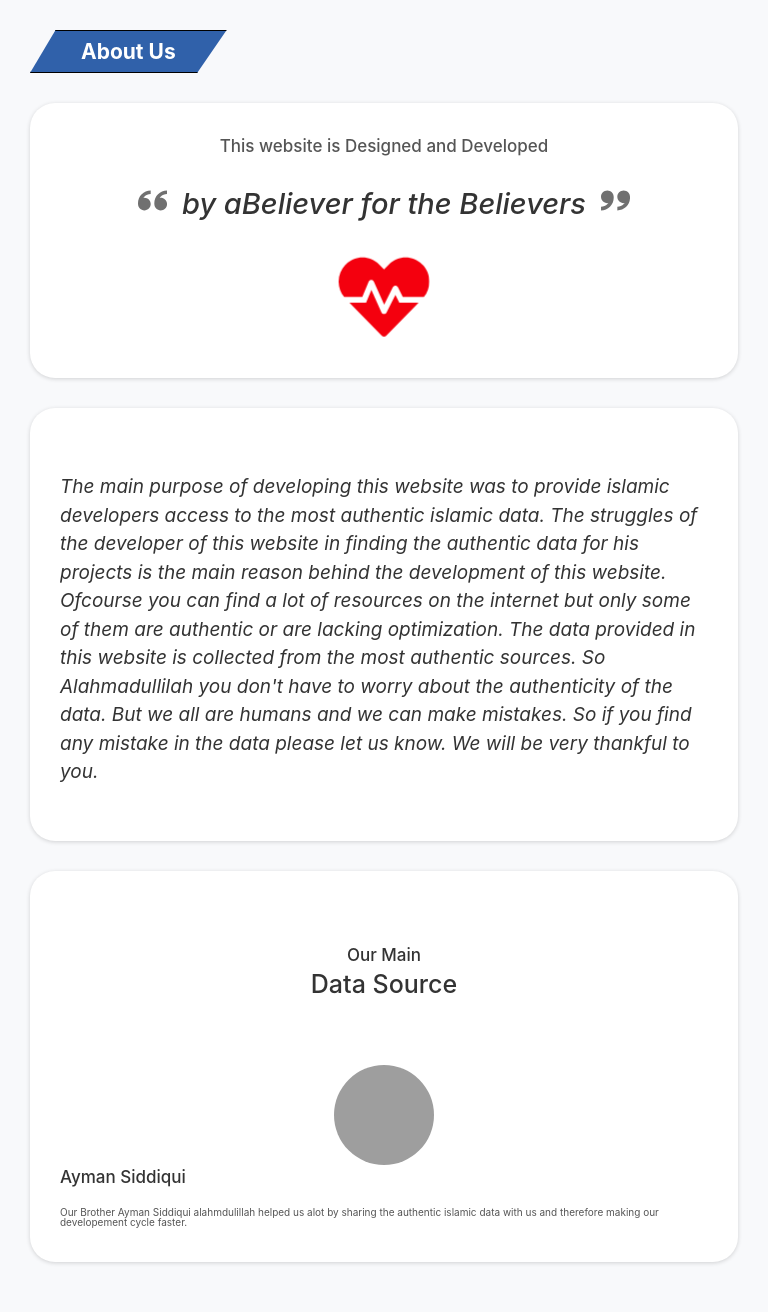
Repository: SpicierEwe/islamic-dev-repo
Page: /legal/about_us
An editor plug-in stored every save of this project. The page is shown before and after the next save, followed by the edit.
The browser window is 768 px wide. The pictures show the whole page.
Pictures or frames that could not be fetched are drawn as grey boxes. The project was rebuilt for these pictures with package versions that can differ from the ones it lists, and the page was loaded fresh each time. The framework's server and built-in components were replaced by stand-ins that run in the browser. Also part of the build but not shown: next.config.js.

Above is the page before, as saved 2022-09-16 20:19:41.

### pages/_app.js
import "../styles/globals.css";
import { DataContextProvider } from "../store/data_context";

function MyApp({ Component, pageProps }) {
  return (
    <DataContextProvider>
      <Component {...pageProps} />
    </DataContextProvider>
  );
}

export default MyApp;

### pages/legal/about_us.js
import AboutUs from "../../components/legal/about_us/about_us";

export default function Legal() {
  return (
    <div>
      <AboutUs></AboutUs>
    </div>
  );
}

### styles/globals.css
html,
body,
div,
span,
applet,
object,
iframe,
h1,
h2,
h3,
h4,
h5,
h6,
p,
blockquote,
pre,
a,
abbr,
acronym,
address,
big,
cite,
code,
del,
dfn,
em,
img,
ins,
kbd,
q,
s,
samp,
small,
strike,
strong,
sub,
sup,
tt,
var,
b,
u,
i,
center,
dl,
dt,
dd,
ol,
ul,
li,
fieldset,
form,
label,
legend,
table,
caption,
tbody,
tfoot,
thead,
tr,
th,
td,
article,
aside,
canvas,
details,
embed,
figure,
figcaption,
footer,
header,
hgroup,
menu,
nav,
output,
ruby,
section,
summary,
time,
mark,
audio,
video {
  margin: 0;
  padding: 0;
  border: 0;
  vertical-align: baseline;
}
/* HTML5 display-role reset for older browsers */
article,
aside,
details,
figcaption,
figure,
footer,
header,
hgroup,
menu,
nav,
section {
  display: block;
}
body {
  line-height: 1;
}
ol,
ul {
  list-style: none;
}
blockquote,
q {
  quotes: none;
}
blockquote:before,
blockquote:after,
q:before,
q:after {
  content: "";
  content: none;
}
table {
  border-collapse: collapse;
  border-spacing: 0;
}

/*

 ////////////////////////////////////////////////////////////////////////////from here are the styles
 //////////////////////////////////////////////////////////////////////////

*/

:root {
  --complementary-blue: #0077b6;
  --heading_black: #080808;
}

html {
  font-size: 62.5%;
}

html,
body {
  padding: 0;
  margin: 0;
  /* font-family: "Roboto", "Open Sans", sans-serif, -apple-system,
    BlinkMacSystemFont, Segoe UI, Roboto, Oxygen, Ubuntu, Cantarell, Fira Sans,
    Droid Sans, Helvetica Neue, sans-serif; */

  font-family: -apple-system, BlinkMacSystemFont, Segoe UI, Roboto, Oxygen,
    Ubuntu, Cantarell, Fira Sans, Droid Sans, Helvetica Neue, sans-serif;
  font-weight: 400;
  line-height: 1;
  color: #555;
  box-sizing: border-box;

  background-color: #f8f9fb;

  /* will make the website unselectable/copyable */
  /* -webkit-touch-callout: none;
  -webkit-user-select: none;
  -khtml-user-select: none;
  -moz-user-select: none;
  -ms-user-select: none;
  user-select: none; */
}

a {
  color: inherit;
  text-decoration: none;
}

* {
  box-sizing: border-box;
}

### store/data_context.js
import { createContext, useState } from "react";

const DataContext = createContext({
  db: [],
  downlodable_data: [],
  globaliseDataFunction: (data) => {},
  globaliseDownloadableData: (data) => {},
});

export function DataContextProvider(props) {
  const [db, setDb] = useState([]);
  const [downlodableData, setdownlodableData] = useState([]);

  // globalize db
  function globaliseData(data) {
    /// will update the data
    setDb(data);
  }

  // globalize db
  function globaliseDownloadableData(data) {
    /// will update the data
    setdownlodableData(data);
  }

  const context = {
    db: db,
    downlodable_data: downlodableData,
    globaliseDataFunction: globaliseData,
    globaliseDownloadableData: globaliseDownloadableData,
  };

  return (
    <DataContext.Provider value={context}>
      {props.children}
    </DataContext.Provider>
  );
}

export default DataContext;

### components/legal/about_us/about_us.js
import styles from "./about_us.module.css";
import Image from "next/image";
import { ImQuotesLeft, ImQuotesRight } from "react-icons/im";
import { FaHeartbeat } from "react-icons/fa";

export default function AboutUs(props) {
  return (
    <div className={styles.bg}>
      <h1 className={styles.page_title}>About Us</h1>
      <div className={styles.container_development}>
        <div>
          <p className={styles.intro}>This website is Designed and Developed</p>
          <blockquote>
            <h3 className={styles.quote}>
              <ImQuotesLeft color="#707070" style={{ marginRight: "1.5rem" }} />
              by aBeliever for the Believers
              <ImQuotesRight color="#707070" style={{ marginLeft: "1.5rem" }} />
            </h3>
          </blockquote>
        </div>
        <div className={styles.heart_icon}>
          <FaHeartbeat size="9rem" color="f4000e" />
        </div>
      </div>
      <div className={styles.container_development}>
        <p className={styles.summary}>
          The main purpose of developing this website was to provide islamic
          developers access to the most authentic islamic data. The struggles of
          the developer of this website in finding the authentic data for his
          projects is the main reason behind the development of this website.
          Ofcourse you can find a lot of resources on the internet but only some
          of them are authentic or are lacking optimization. The data provided
          in this website is collected from the most authentic sources. So
          Alahmadullilah you don&apos;t have to worry about the authenticity of
          the data. But we all are humans and we can make mistakes. So if you
          find any mistake in the data please let us know. We will be very
          thankful to you.
        </p>
      </div>

      <div
        className={`${styles.container_development} ${styles.container_data_source}`}
      >
        <p className={styles.source_title}>
          <span className={styles.head_half}> Our Main</span>
          <br></br> Data Source
        </p>
        {/* data resource description */}
        <div className={styles.resourcer_container}>
          <div>
            <Image
              className={styles.resourcer_image}
              src={
                "https://thumbs.dreamstime.com/b/sheikh-icon-flat-style-isolated-white-background-arab-emirates-symbol-stock-vector-illustration-91220453.jpg"
              }
              height="100%"
              width="100%"
              // layout="fill"
              alt="Sheikh"
            ></Image>
          </div>
          <div>
            <p className={styles.name}>Ayman Siddiqui</p>
            <p>
              Our Brother Ayman Siddiqui alahmdulillah helped us alot by sharing
              the authentic islamic data with us and therefore making our
              developement cycle faster.
            </p>
          </div>
        </div>
      </div>
    </div>
  );
}

### components/legal/about_us/about_us.module.css
.bg {
  /* background-color: red; */
  max-width: 120rem;
  padding: 0 3rem;
  margin: 0 auto;
  padding-bottom: 5rem;
}

.page_title {
  margin-top: 3rem;
  display: inline-block;
  clip-path: polygon(13% 0, 100% 0%, 85% 100%, 0% 100%);
  background-color: #3061aa;
  color: white;
  border: 1px solid black;
  padding: 1rem 5rem;
  font-size: 2.1rem;
}

.container_development {
  justify-content: center;
  align-items: center;
  display: flex;
  border-radius: 2.5rem;
  margin-top: 3rem;
  background-color: white;
  padding: 3.5rem 3rem;
  box-shadow: rgba(0, 0, 0, 0.16) 0px 1px 4px;
  justify-content: space-evenly;
}

.intro {
  text-align: center;
  font-weight: 500;
  color: #555;
  font-size: 1.7rem;
}

.quote {
  margin-top: 3rem;
  color: #333;
  font-weight: 500;
  font-size: 2.9rem;
  font-style: italic;
  padding-bottom: 1.9rem;
  text-align: center;
}

/* heart icon */
.heart_icon {
  animation: heartBeat 1.5s infinite;
}

/* heart icon animation */
@keyframes heartBeat {
  0% {
    transform: scale(1);
  }
  20% {
    transform: scale(1.1);
  }
  40% {
    transform: scale(1);
  }
  60% {
    transform: scale(1.1);
  }
  80% {
    transform: scale(1);
  }
  100% {
    transform: scale(1);
  }
}

.summary {
  margin-top: 3rem;
  max-width: 75rem;

  line-height: 1.5;
  color: #333;
  font-size: 1.9rem;
  font-style: italic;
  padding-bottom: 1.9rem;
}

.source_title {
  margin-top: 3rem;
  color: #333;
  font-weight: 500;
  font-size: 2.5rem;
  line-height: 1.3;
  /* font-style: italic; */
  padding-bottom: 1.9rem;
  text-align: center;
}

.head_half {
  font-size: 1.7rem;
}

.container_data_source {
  flex-direction: column;
}

/* resourcer classes */

.resourcer_container {
  display: flex;
  justify-content: center;
  margin-top: 3rem;
  column-gap: 3rem;
}

.resourcer_image {
  width: 100%;
  height: 100%;
  object-fit: cover;
  border-radius: 50%;
}

.name {
  font-weight: 500;
  font-size: 1.7rem;
  line-height: 1.3;
  color: #333;
  padding-bottom: 1.9rem;
}

/* media query */
@media (max-width: 768px) {
  .container_development {
    flex-direction: column;
    row-gap: 1.5rem;
  }
  .resourcer_container {
    flex-direction: column;
    justify-content: center;
    align-items: center;
  }
}

After the next save:
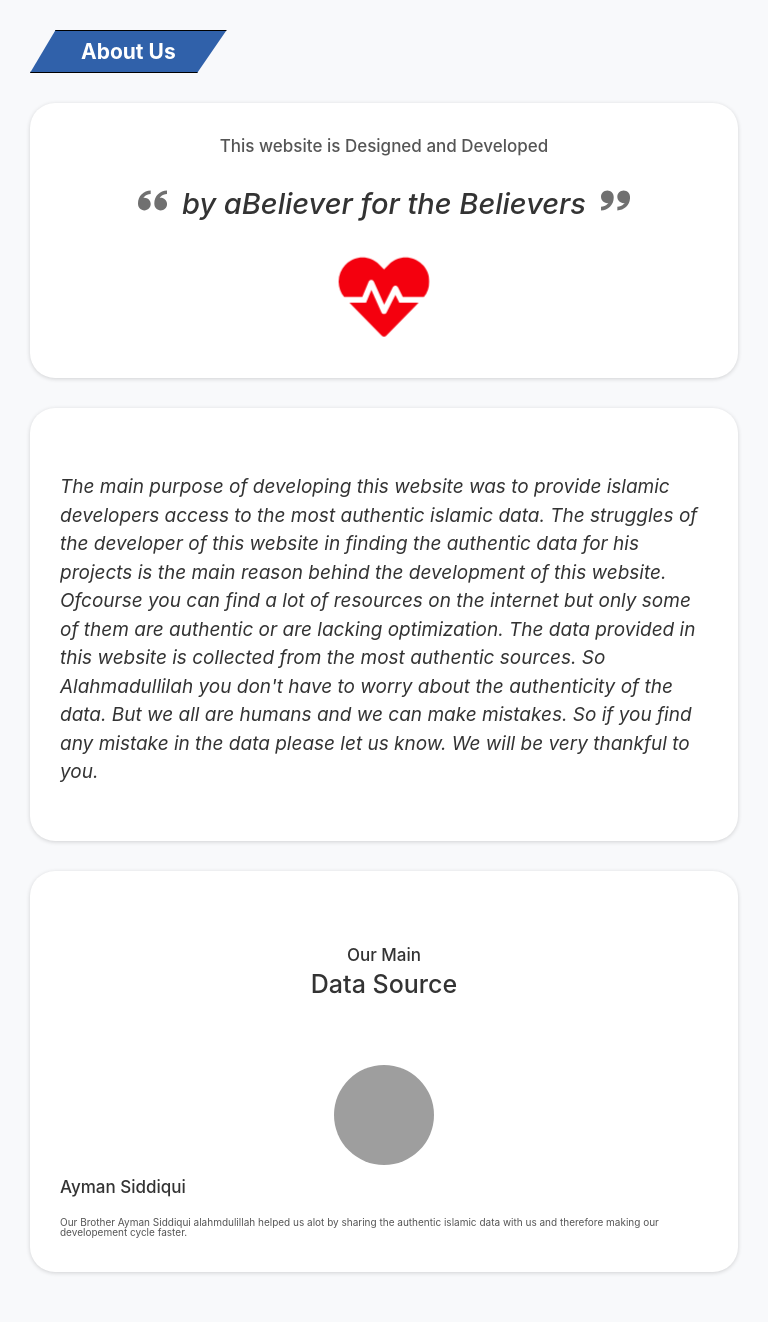
Saved 14 s later.
--- a/components/legal/about_us/about_us.module.css
+++ b/components/legal/about_us/about_us.module.css
@@ -137,5 +137,6 @@
     flex-direction: column;
     justify-content: center;
     align-items: center;
+    row-gap: 1rem;
   }
 }
